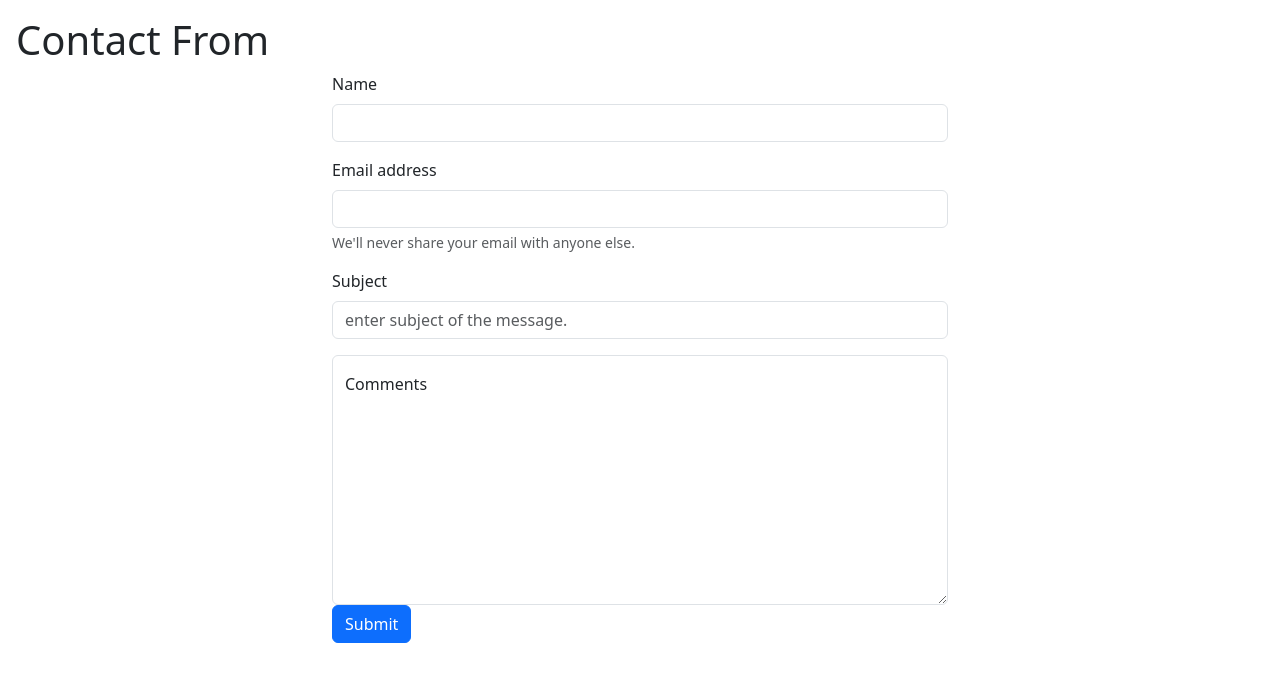
Repository: syni18/bootstrap_form
Page: index.html
The author's editor kept a copy of each file at every save. The page is drawn from the files as they stood at one save, then again after a run of saves.
The browser window is 1280 px wide. The pictures show the whole page.

Above is the page before, as saved 2023-10-26 15:38:29.

### index.html
<!DOCTYPE html>
<html lang="en">
<head>
    <meta charset="UTF-8">
    <meta name="viewport" content="width=device-width, initial-scale=1.0">
    <link href="https://cdn.jsdelivr.net/npm/bootstrap@5.3.2/dist/css/bootstrap.min.css" rel="stylesheet" integrity="sha384-T3c6CoIi6uLrA9TneNEoa7RxnatzjcDSCmG1MXxSR1GAsXEV/Dwwykc2MPK8M2HN" crossorigin="anonymous">
    <title>Contact From</title>
</head>
<body>
    <h1 class="display-6 ms-3 mt-3">Contact From</h1>
    <form class="container w-50">
  <div class="mb-3">
    <label for="exampleInputName1" class="form-label">Name</label>
    <input type="name" class="form-control" id="exampleInputName1" aria-describedby="NameHelp">
  </div>
  <div class="mb-3">
    <label for="exampleInputEmail1" class="form-label">Email address</label>
    <input type="email" class="form-control" id="exampleInputEmail1" aria-describedby="emailHelp">
    <div id="emailHelp" class="form-text">We'll never share your email with anyone else.</div>
  </div>
  <div class="mb-3">
    <label for="exampleInputSubject1" class="form-label">Subject</label>
    <input type="text" class="form-control" id="exampleInputsubject1" aria-describedby="subjectHelp" placeholder="enter subject of the message.">
  </div>
  <div class="form-floating">
  <textarea class="form-control" placeholder="Leave a comment here" id="floatingTextarea2" style="height: 250px"></textarea>
  <label for="floatingTextarea2">Comments</label>
</div>

  <button type="submit" class="btn btn-primary">Submit</button>
</form>
    <script src="https://cdn.jsdelivr.net/npm/bootstrap@5.3.2/dist/js/bootstrap.bundle.min.js" integrity="sha384-C6RzsynM9kWDrMNeT87bh95OGNyZPhcTNXj1NW7RuBCsyN/o0jlpcV8Qyq46cDfL" crossorigin="anonymous"></script>
</body>
</html>

After the next 2 saves:
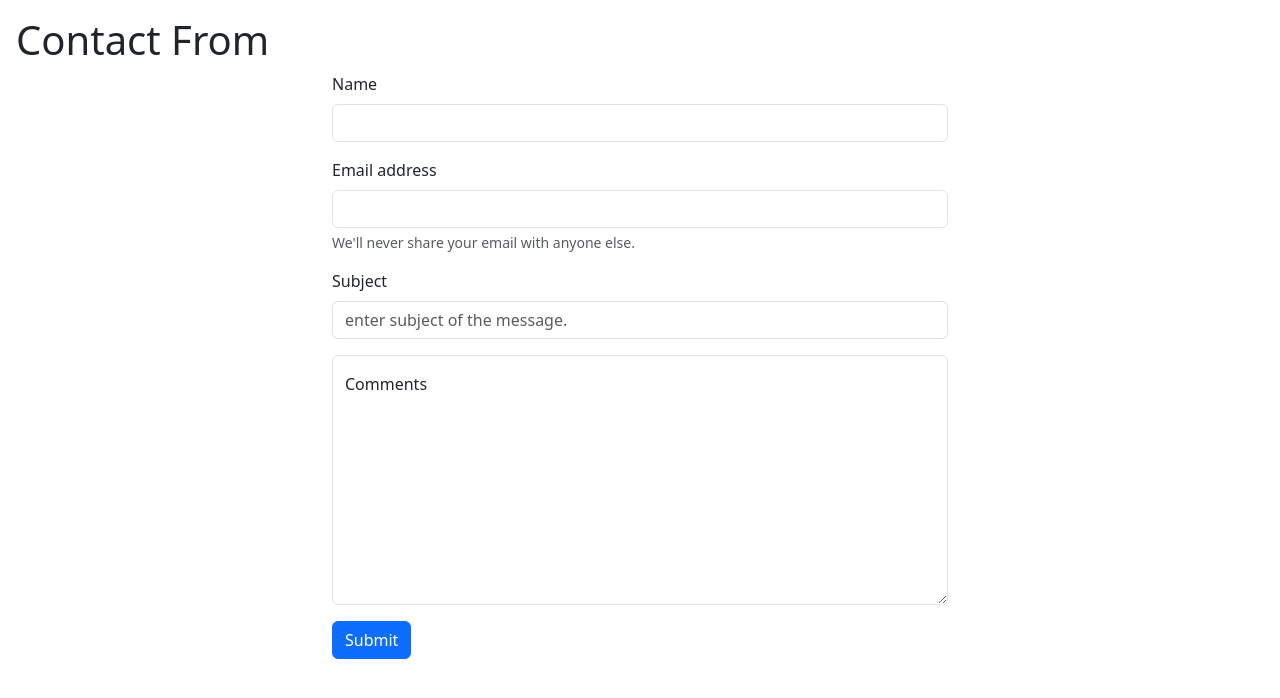
The 2 saves are shown as one change because they came seconds apart.
The last was saved 11 s later.
--- a/index.html
+++ b/index.html
@@ -27,7 +27,7 @@
   <label for="floatingTextarea2">Comments</label>
 </div>
 
-  <button type="submit" class="btn btn-primary">Submit</button>
+  <button type="submit" class="btn btn-primary mt-3">Submit</button>
 </form>
     <script src="https://cdn.jsdelivr.net/npm/bootstrap@5.3.2/dist/js/bootstrap.bundle.min.js" integrity="sha384-C6RzsynM9kWDrMNeT87bh95OGNyZPhcTNXj1NW7RuBCsyN/o0jlpcV8Qyq46cDfL" crossorigin="anonymous"></script>
 </body>
